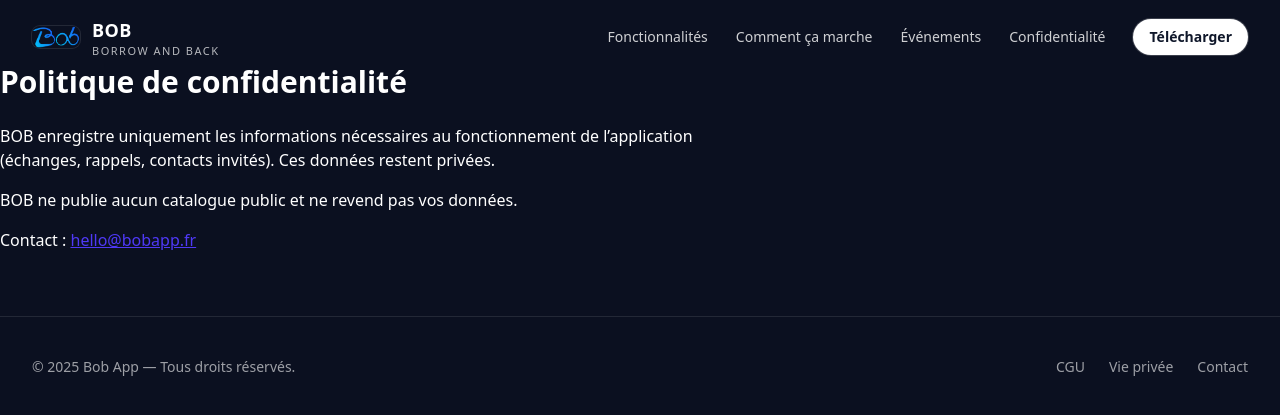
Repository: JeanCharlesMEILLAND/new-bob
Page: /conditions-utilisation
The author's editor kept a copy of each file at every save. The page is drawn from the files as they stood at one save, then again after a run of saves.
The browser window is 1280 px wide. The pictures show the whole page.
The page's requests for data from a server got no answer. The project was rebuilt for these pictures with package versions that can differ from the ones it lists, and the page was loaded fresh each time. The framework's server and built-in components were replaced by stand-ins that run in the browser. No one was signed in, and anything a server would have sent is missing. Also part of the build but not shown: next.config.ts.

Above is the page before, as saved 2025-08-12 10:50:37.

### src/app/layout.tsx
import type { Metadata } from 'next'
import './globals.css'
import { inter, jakarta } from './fonts'
import Navbar from '@/components/Navbar'
import Footer from '@/components/Footer'
import Analytics from '@/components/Analytics'

const name = process.env.NEXT_PUBLIC_SITE_NAME || 'Bob App'
const baseUrl = process.env.NEXT_PUBLIC_SITE_URL || 'https://www.bobapp.fr'

export const metadata: Metadata = {
  metadataBase: new URL(baseUrl),
  title: `${name} — Partagez & empruntez simplement`,
  description:
    'Bob App permet à vos communautés de partager et emprunter des objets en toute simplicité, avec rappels et historique. Faites circuler les objets, pas l’argent.',
  alternates: { canonical: '/' },
  openGraph: {
    title: `${name} — Partagez & empruntez simplement`,
    description:
      'Faites circuler les objets, pas l’argent. Bob App facilite le prêt et l’emprunt au sein de vos collectifs.',
    url: baseUrl,
    siteName: name,
    images: ['/api/og'],
    type: 'website',
  },
  twitter: {
    card: 'summary_large_image',
    title: `${name} — Partagez & empruntez simplement`,
    description: 'Faites circuler les objets, pas l’argent.',
    images: ['/api/og'],
  },
  robots: { index: true, follow: true },
}

export default function RootLayout({ children }: { children: React.ReactNode }) {
  return (
    <html lang="fr" className={`${inter.variable} ${jakarta.variable}`}>
      <body className="min-h-screen bg-[--bg] text-[--fg] antialiased">
        <Navbar />
        <main>{children}</main>
        <Footer />
        <Analytics />
      </body>
    </html>
  )
}

### src/app/conditions-utilisation/page.tsx
export default function Confidentialite() {
  return (
    <main className="container py-16 max-w-3xl">
      <h1 className="text-3xl font-bold mb-6">Politique de confidentialité</h1>
      <p className="mb-4">
        BOB enregistre uniquement les informations nécessaires au fonctionnement de l’application
        (échanges, rappels, contacts invités). Ces données restent privées.
      </p>
      <p className="mb-4">
        BOB ne publie aucun catalogue public et ne revend pas vos données.
      </p>
      <p>
        Contact : <a className="text-indigo-600 underline" href="mailto:hello@bobapp.fr">hello@bobapp.fr</a>
      </p>
    </main>
  );
}

### src/app/globals.css
@import "tailwindcss";

:root {
  --bg: #0b1020;
  --fg: #ffffff;
}

html, body {
  scroll-behavior: smooth;
  background: var(--bg);
  color: var(--fg);
}

/* === Tokens Tailwind v4 pour tes classes custom === */
@theme {
  /* Colors */
  --color-ink: #0f172a;
  --color-brand-50:  #f3f7ff;
  --color-brand-100: #e8efff;
  --color-brand-200: #cfe0ff;
  --color-brand-300: #a6c2ff;
  --color-brand-400: #7ba1ff;
  --color-brand-500: #4b7bff;
  --color-brand-600: #2f5df3;
  --color-brand-700: #2549c6;
  --color-brand-800: #1f3ca0;
  --color-brand-900: #1e367f;

  /* Radius */
  --radius-xl2: 1.25rem; /* => rounded-xl2 */

  /* Shadows */
  --shadow-glow: 0 0 0 2px rgba(255,255,255,0.08),
                 0 10px 40px rgba(75,123,255,0.25); /* => shadow-glow */
}
.container-gutter {
  @apply mx-auto max-w-7xl px-6 md:px-8;
}

.section {
  @apply py-20 md:py-28;
}

.card {
  @apply rounded-2xl bg-white/5 ring-1 ring-white/10 backdrop-blur;
}

.gradient-text {
  background: linear-gradient(90deg, #4b7bff 0%, #22c55e 100%);
  -webkit-background-clip: text;
  -webkit-text-fill-color: transparent;
  background-clip: text;
  color: transparent;
}

.bg-grid {
  background-image: linear-gradient(to right, rgba(255,255,255,0.06) 1px, transparent 1px),
    linear-gradient(to bottom, rgba(255,255,255,0.06) 1px, transparent 1px);
  background-size: 24px 24px;
}

*:focus-visible {
  outline: 2px solid rgba(75,123,255,0.9);
  outline-offset: 2px;
}

### src/app/fonts.ts
import { Inter, Plus_Jakarta_Sans } from 'next/font/google'

export const inter = Inter({
  subsets: ['latin'],
  variable: '--font-inter',
  display: 'swap',
})

export const jakarta = Plus_Jakarta_Sans({
  subsets: ['latin'],
  variable: '--font-jakarta',
  display: 'swap',
})

### src/components/Navbar.tsx
'use client'

import { useState, useEffect } from 'react'
import Link from 'next/link'
import Image from 'next/image'
import Container from './ui/Container'
import { clsx } from 'clsx'

export default function Navbar() {
  const [scrolled, setScrolled] = useState(false)
  const [open, setOpen] = useState(false)
  const MENU_ID = 'mobile-nav'

  useEffect(() => {
    const onScroll = () => setScrolled(window.scrollY > 12)
    onScroll()
    window.addEventListener('scroll', onScroll)
    return () => window.removeEventListener('scroll', onScroll)
  }, [])

  useEffect(() => {
    const close = () => setOpen(false)
    window.addEventListener('resize', close)
    return () => window.removeEventListener('resize', close)
  }, [])

  return (
    <header
      className={clsx(
        'fixed inset-x-0 top-0 z-50 transition-all',
        scrolled ? 'bg-black/50 backdrop-blur ring-1 ring-white/10' : 'bg-transparent'
      )}
    >
      <Container className={clsx('flex items-center justify-between', scrolled ? 'py-3' : 'py-4')}>
        {/* Logo + texte */}
        <Link href="/" aria-label="Accueil" className="flex items-center gap-3">
          <Image
            src="/bob1.png"
            alt="Logo BOB"
            width={48}
            height={48}
            className="rounded-lg ring-1 ring-white/10"
            priority
          />
          <div className="flex flex-col leading-tight">
            <span className="text-lg font-bold text-white tracking-wide">BOB</span>
            <span className="text-[11px] uppercase tracking-[1.5px] text-white/70">
              Borrow and Back
            </span>
          </div>
        </Link>

        {/* Nav desktop */}
        <nav
          aria-label="Navigation principale"
          className="hidden md:flex items-center gap-7 text-sm text-white/80"
        >
          <a href="#features" className="hover:text-white">Fonctionnalités</a>
          <a href="#how" className="hover:text-white">Comment ça marche</a>
          <a href="#events" className="hover:text-white">Événements</a>
          <a href="#privacy" className="hover:text-white">Confidentialité</a>
          <a
            href="#download"
            className="rounded-xl2 bg-white text-ink px-4 py-2 font-semibold ring-1 ring-white/20 hover:bg-white/90 transition"
          >
            Télécharger
          </a>
        </nav>

        {/* Menu mobile */}
        <button
          type="button"
          className="md:hidden inline-flex items-center justify-center rounded-xl2 px-3 py-2 ring-1 ring-white/10 bg-white/5 text-white/90"
          aria-label={open ? 'Fermer le menu' : 'Ouvrir le menu'}
          aria-haspopup="menu"
          aria-controls={MENU_ID}
          aria-expanded={open}
          onClick={() => setOpen(!open)}
        >
          <div className="space-y-1.5">
            <span className="block h-0.5 w-5 bg-white/90" />
            <span className="block h-0.5 w-5 bg-white/90" />
            <span className="block h-0.5 w-5 bg-white/90" />
          </div>
        </button>
      </Container>

      {/* Menu mobile déroulant */}
      <div
        id={MENU_ID}
        role="menu"
        aria-hidden={!open}
        className={clsx(
          'md:hidden overflow-hidden transition-[max-height] duration-300 ease-out',
          open ? 'max-h-96' : 'max-h-0'
        )}
      >
        <div className="container-px pb-4 pt-1">
          <nav className="flex flex-col gap-2 text-sm text-white/90">
            <a href="#features" onClick={() => setOpen(false)} className="rounded-lg px-3 py-2 hover:bg-white/5">
              Fonctionnalités
            </a>
            <a href="#how" onClick={() => setOpen(false)} className="rounded-lg px-3 py-2 hover:bg-white/5">
              Comment ça marche
            </a>
            <a href="#events" onClick={() => setOpen(false)} className="rounded-lg px-3 py-2 hover:bg-white/5">
              Événements
            </a>
            <a href="#privacy" onClick={() => setOpen(false)} className="rounded-lg px-3 py-2 hover:bg-white/5">
              Confidentialité
            </a>
            <a
              href="#download"
              onClick={() => setOpen(false)}
              className="mt-1 inline-flex items-center justify-center rounded-xl2 bg-white text-ink px-4 py-2 font-semibold ring-1 ring-white/20 hover:bg-white/90 transition"
            >
              Télécharger
            </a>
          </nav>
        </div>
      </div>
    </header>
  )
}

### src/components/Footer.tsx
import Container from './ui/Container'

export default function Footer() {
  return (
    <footer className="border-t border-white/10 py-10 text-sm">
      <Container className="flex flex-col md:flex-row items-center justify-between gap-6 text-white/60">
        <p>© {new Date().getFullYear()} Bob App — Tous droits réservés.</p>
        <div className="flex items-center gap-6">
          <a href="/legal/terms" className="hover:text-white/90">CGU</a>
          <a href="/legal/privacy" className="hover:text-white/90">Vie privée</a>
          <a href="mailto:hello@bobapp.fr" className="hover:text-white/90">Contact</a>
        </div>
      </Container>
    </footer>
  )
}

### src/components/Analytics.tsx
'use client'

import Script from 'next/script'

export default function Analytics() {
  const gaId = process.env.NEXT_PUBLIC_GA_ID
  if (!gaId) return null

  return (
    <>
      <Script
        src={`https://www.googletagmanager.com/gtag/js?id=${gaId}`}
        strategy="afterInteractive"
      />
      <Script id="ga" strategy="afterInteractive">
        {`
        window.dataLayer = window.dataLayer || [];
        function gtag(){dataLayer.push(arguments);}
        gtag('js', new Date());
        gtag('config', '${gaId}');
        `}
      </Script>
    </>
  )
}

### src/components/ui/Container.tsx
import clsx from "clsx"

export default function Container({
  children,
  className
}: {
  children: React.ReactNode
  className?: string
}) {
  return <div className={clsx('container-gutter', className)}>{children}</div>
}

After the next 2 saves:
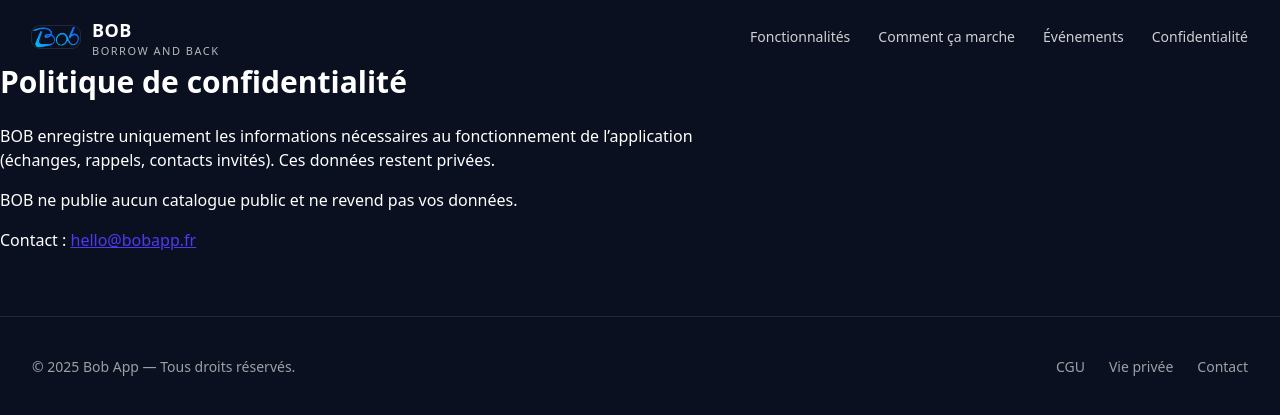
The 2 saves are shown as one change because 1 did not build or start.
The last was saved 66 s later.
--- a/src/components/Navbar.tsx
+++ b/src/components/Navbar.tsx
@@ -59,12 +59,6 @@
           <a href="#how" className="hover:text-white">Comment ça marche</a>
           <a href="#events" className="hover:text-white">Événements</a>
           <a href="#privacy" className="hover:text-white">Confidentialité</a>
-          <a
-            href="#download"
-            className="rounded-xl2 bg-white text-ink px-4 py-2 font-semibold ring-1 ring-white/20 hover:bg-white/90 transition"
-          >
-            Télécharger
-          </a>
         </nav>
 
         {/* Menu mobile */}
@@ -109,13 +103,6 @@
             <a href="#privacy" onClick={() => setOpen(false)} className="rounded-lg px-3 py-2 hover:bg-white/5">
               Confidentialité
             </a>
-            <a
-              href="#download"
-              onClick={() => setOpen(false)}
-              className="mt-1 inline-flex items-center justify-center rounded-xl2 bg-white text-ink px-4 py-2 font-semibold ring-1 ring-white/20 hover:bg-white/90 transition"
-            >
-              Télécharger
-            </a>
           </nav>
         </div>
       </div>
